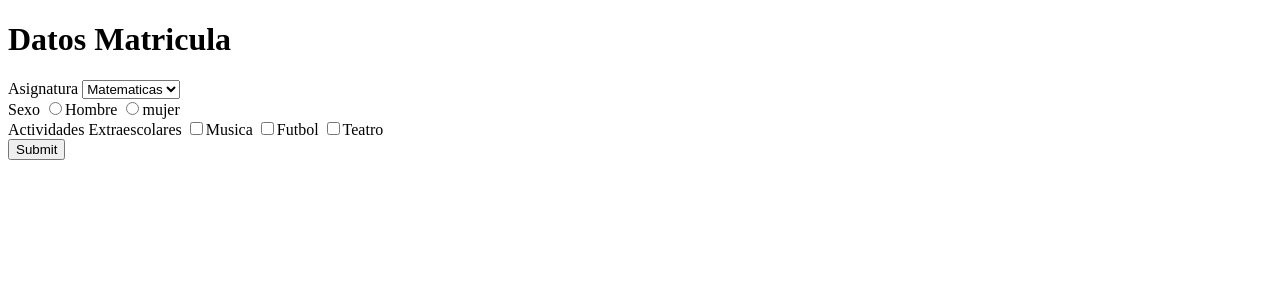
Repository: juvaga2000/eclipsetemp
Page: EjerciciosT1/src/main/webapp/ejer5.html
These files come from the project's save history. The page is drawn as it stood at one moment and after a run of saves; the edit follows.
The browser window is 1280 px wide. The pictures show the whole page.

Above is the page before, as saved 2022-10-04 10:10:16.

After the next 2 saves:
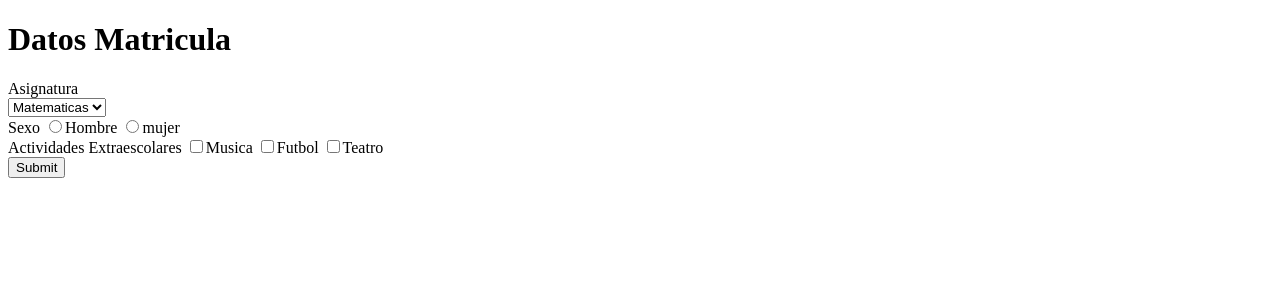
The 2 saves are shown as one change because they came seconds apart.
The last was saved 77 s later.
--- a/EjerciciosT1/src/main/webapp/ejer5.html
+++ b/EjerciciosT1/src/main/webapp/ejer5.html
@@ -1,30 +1,26 @@
 <!DOCTYPE html>
 <html lang="en">
 <head>
-    <meta charset="UTF-8">
-    <meta http-equiv="X-UA-Compatible" content="IE=edge">
-    <meta name="viewport" content="width=device-width, initial-scale=1.0">
-    <title>Document</title>
+<meta charset="UTF-8">
+<meta http-equiv="X-UA-Compatible" content="IE=edge">
+<meta name="viewport" content="width=device-width, initial-scale=1.0">
+<title>Document</title>
 </head>
 <body>
-    <h1>Datos Matricula</h1>
-    Asignatura
-    <select name="asignatura" id="">
-        <option value="Matematicas">Matematicas</option>
-        <option value="Literatura">Literatura</option>
-        <option value="Ingles">Inglés</option>
-        <option value="Tecnologia">Tecnología</option>
-    </select>
-    <br>
-    Sexo
-    <input type="radio" name="sexo" value="hombre">Hombre
-    <input type="radio" name="sexo" value="mujer">mujer
-    <br>
-    Actividades Extraescolares
-    <input type="checkbox" name="extra" value="musica">Musica
-    <input type="checkbox" name="extra" value="futbol">Futbol
-    <input type="checkbox" name="extra" value="teatro">Teatro
-    <br>
-    <input type="submit" >
+	<h1>Datos Matricula</h1>
+	Asignatura
+	<form action="ejer5" method=post>
+		<select name="asignatura" id="">
+			<option value="Matematicas">Matematicas</option>
+			<option value="Literatura">Literatura</option>
+			<option value="Ingles">Inglés</option>
+			<option value="Tecnologia">Tecnología</option>
+		</select> <br> Sexo <input type="radio" name="sexo" value="hombre">Hombre
+		<input type="radio" name="sexo" value="mujer">mujer <br>
+		Actividades Extraescolares <input type="checkbox" name="extra"
+			value="musica">Musica <input type="checkbox" name="extra"
+			value="futbol">Futbol <input type="checkbox" name="extra"
+			value="teatro">Teatro <br> <input type="submit">
+	</form>
 </body>
 </html>
